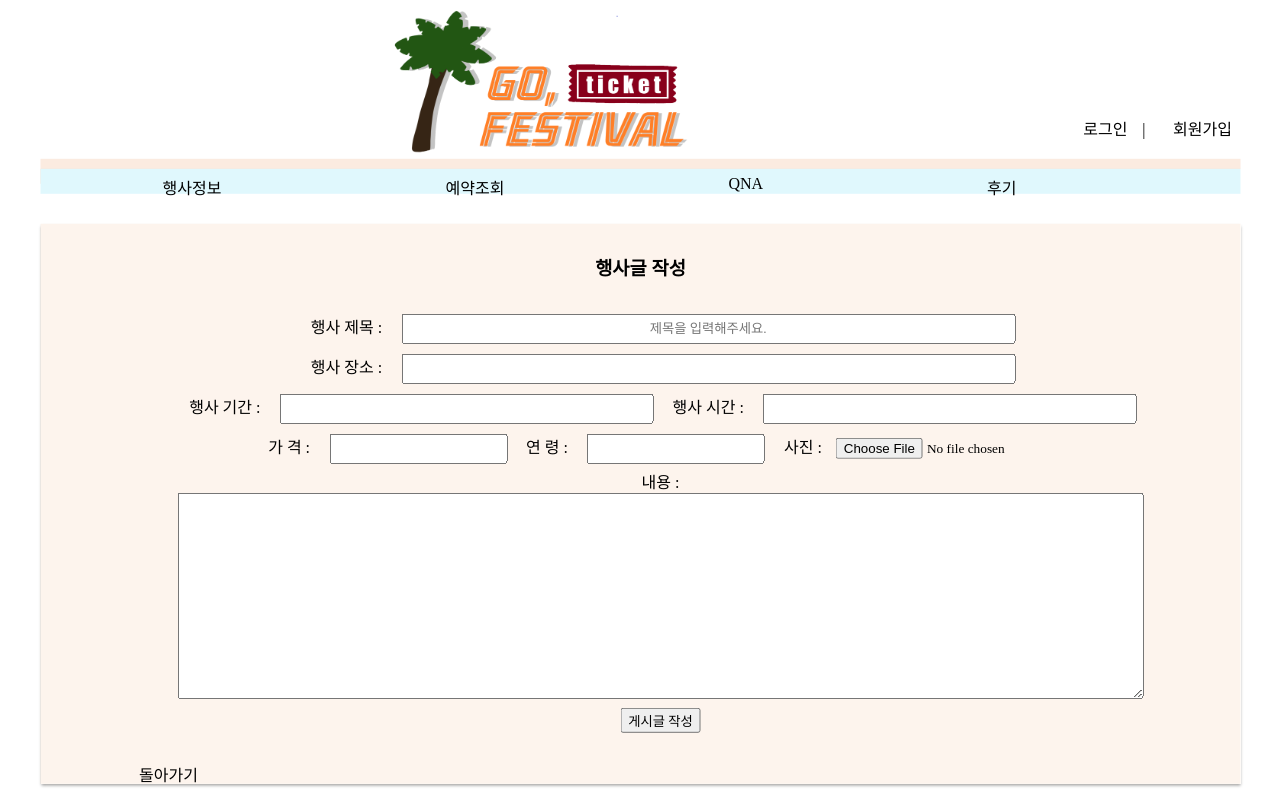
Repository: Changgyu1/Chang_Gu
Page: http://localhost/Project/Event_add.jsp
The author's editor kept a copy of each file at every save. The page is drawn from the files as they stood at one save, then again after the next save.
The browser window is 1280 px wide. The pictures show the whole page.
Some web fonts or font styles are not loaded; a fallback is used. The page is served by Tomcat 9.

Above is the page before, as saved 2023-11-14 05:24:07.

After the next save:
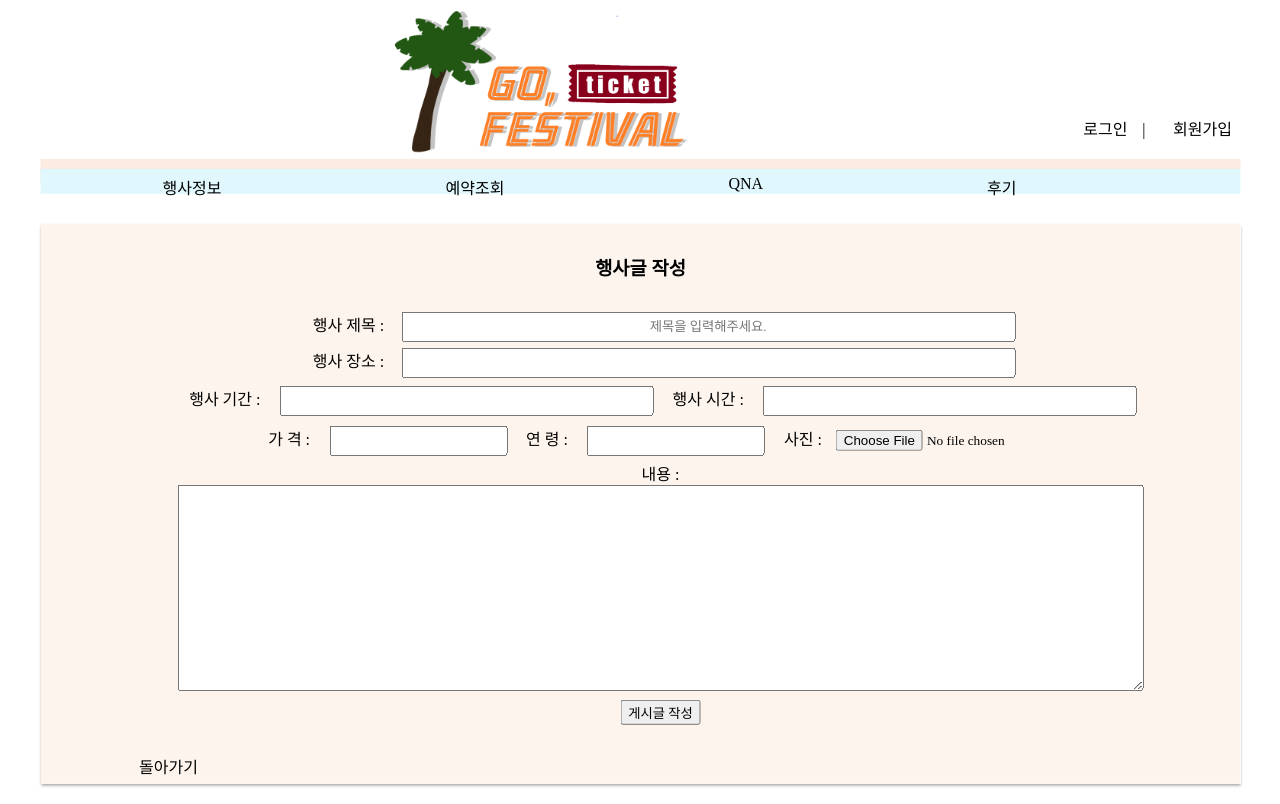
Saved 19 s later.
--- a/Project/src/main/webapp/Event_add.jsp
+++ b/Project/src/main/webapp/Event_add.jsp
@@ -15,7 +15,7 @@
         }
         #event_name,#event_location{
             padding: 5px;
-            margin: 5px;
+            margin: 3px;
             width: 50%;
         }
         #event_day,#event_time{
